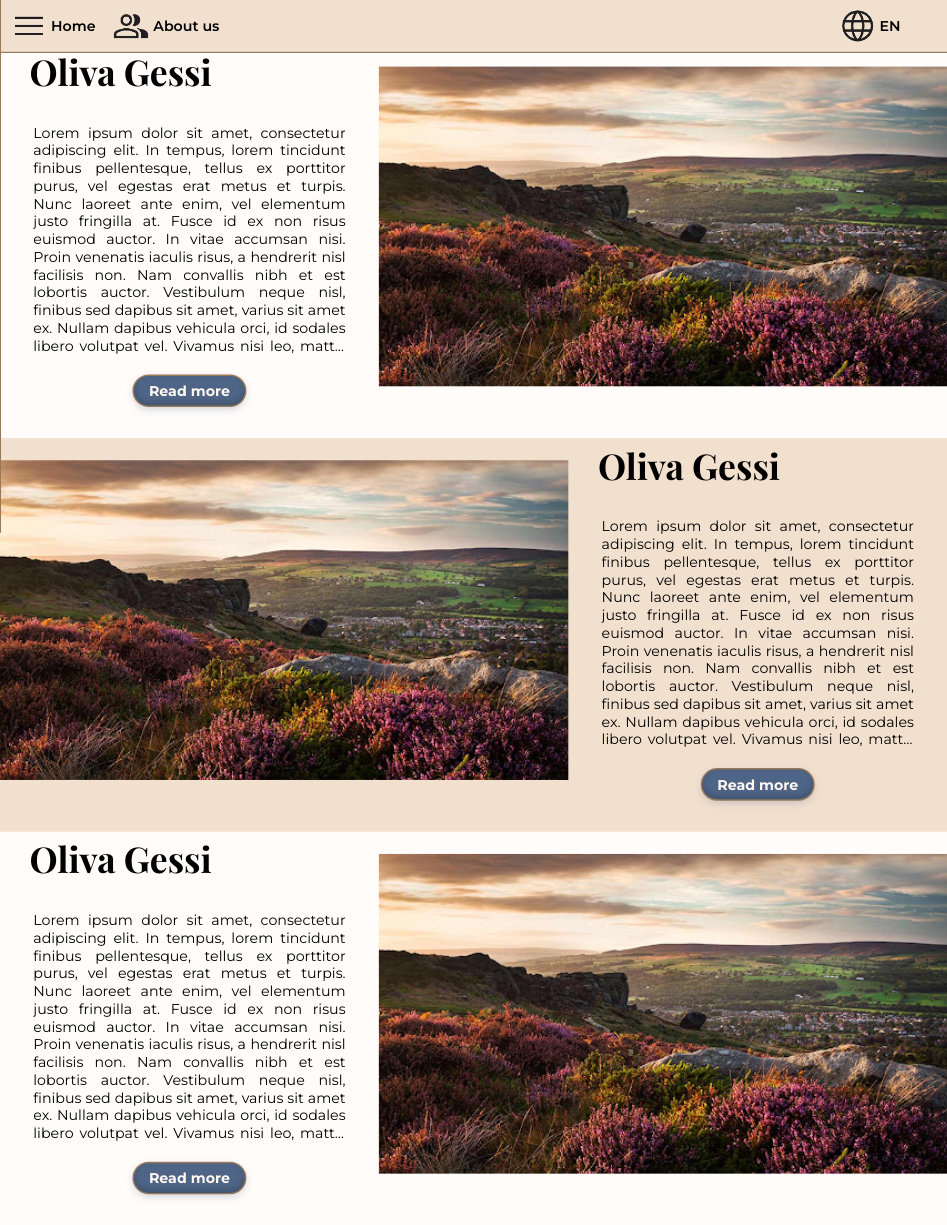
Repository: Seaside-Jokers/Oliva-gessi
Page: index.html
These files come from the project's save history. The page is drawn as it stood at one moment and after the next save; the edit follows.
The browser window is 1280 px wide. The pictures show the whole page, at 74% of full size.
Some web fonts or font styles are not loaded; a fallback is used.

Above is the page before, as saved 2026-02-18 16:04:34.

After the next save:
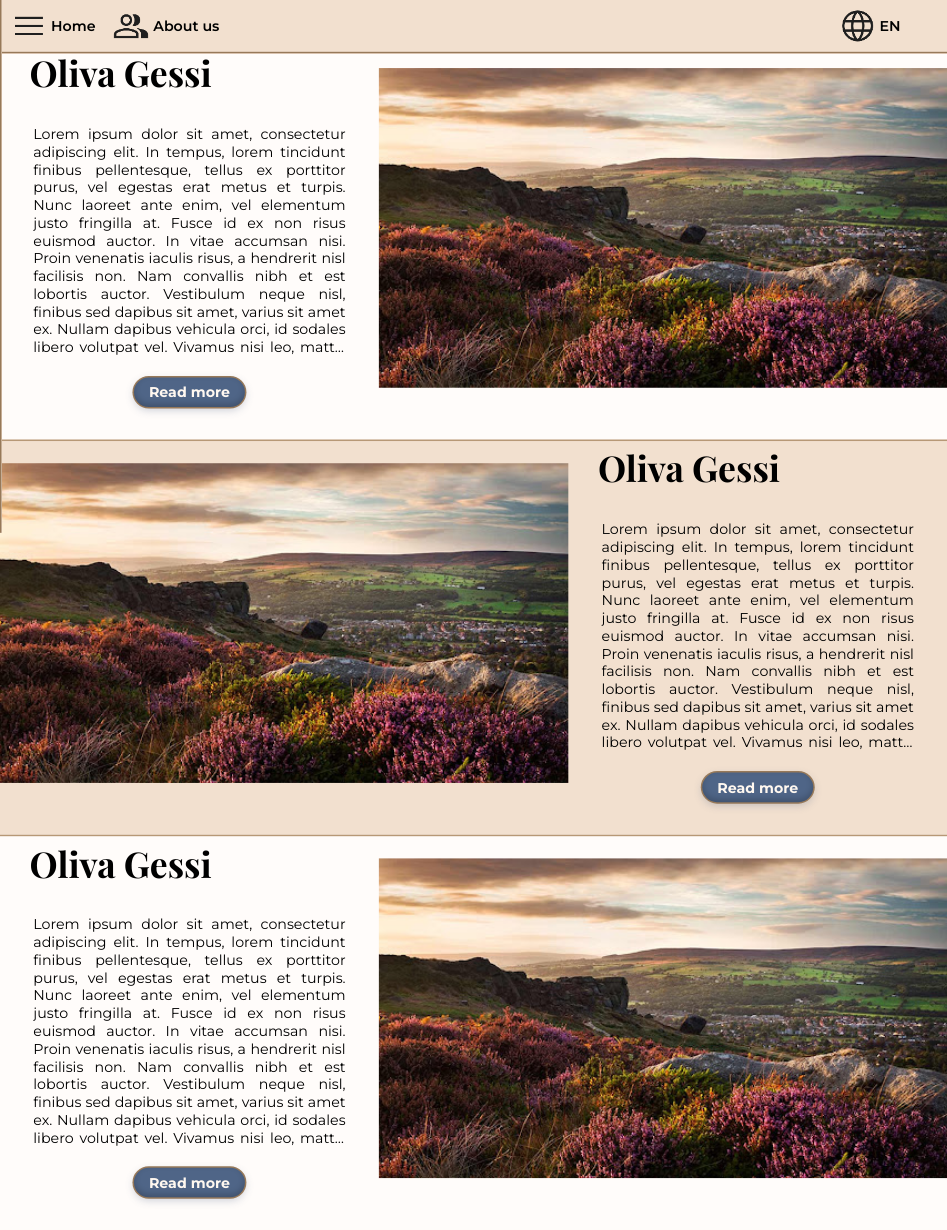
Saved 35 s later.
--- a/src/style.css
+++ b/src/style.css
@@ -345,7 +345,7 @@ details {
     background: none;
     align-items: center;
     background: var(--bg-dark);
-    border-top: var(--border-muted)
+    border-top: 2px solid var(--border-muted)
 }
 .blocco:nth-child(even) {
     flex-direction: row-reverse;
